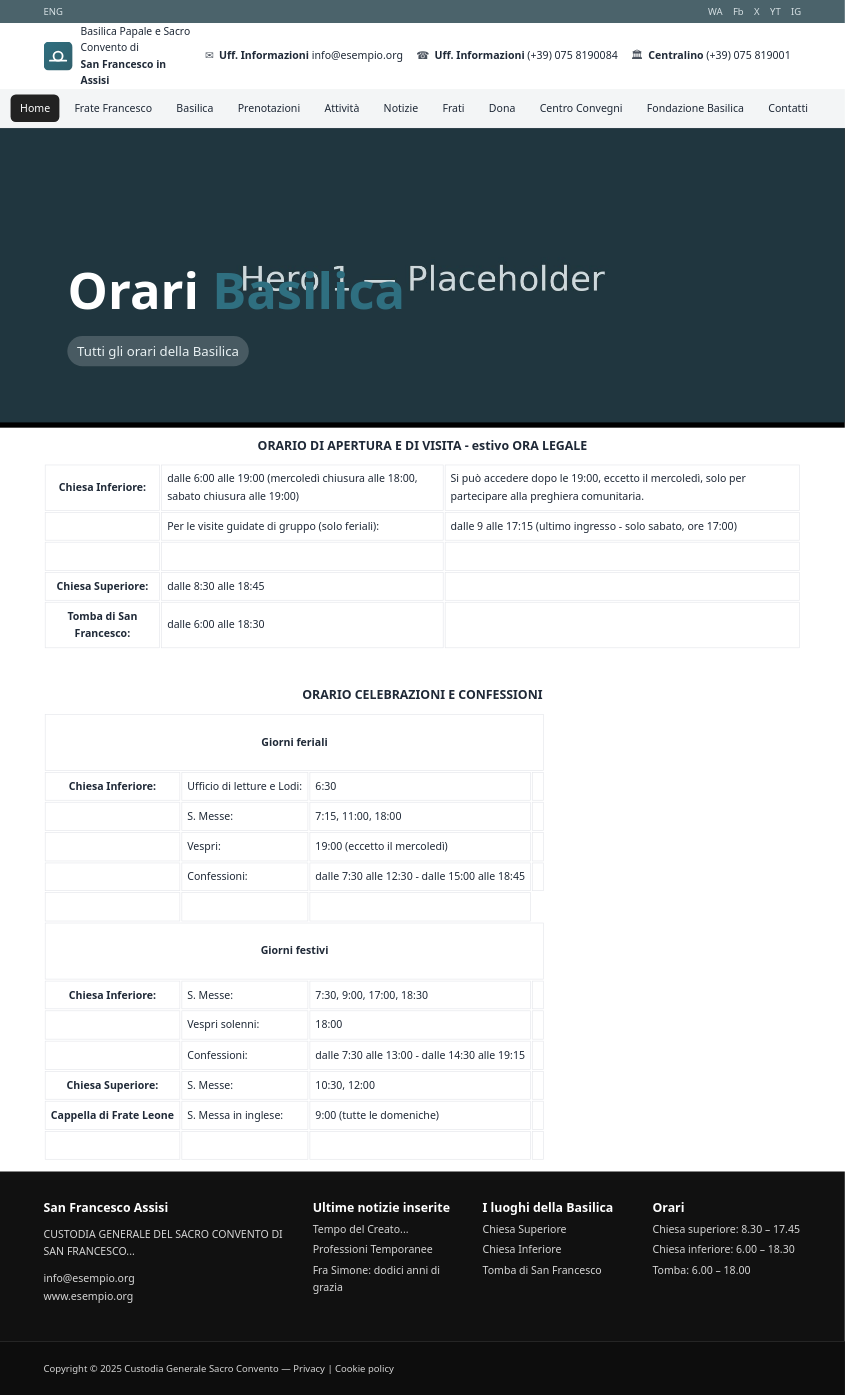
Repository: leacappello/basilica-platform-project
Page: pages/orari.html
These files come from the project's save history. The page is drawn as it stood at one moment and after the next save; the edit follows.
The browser window is 1280 px wide. The pictures show the whole page, at 66% of full size.

Above is the page before, as saved 2025-09-15 11:58:34.
Console error (its wording comes from the project's code and is left out).

After the next save:
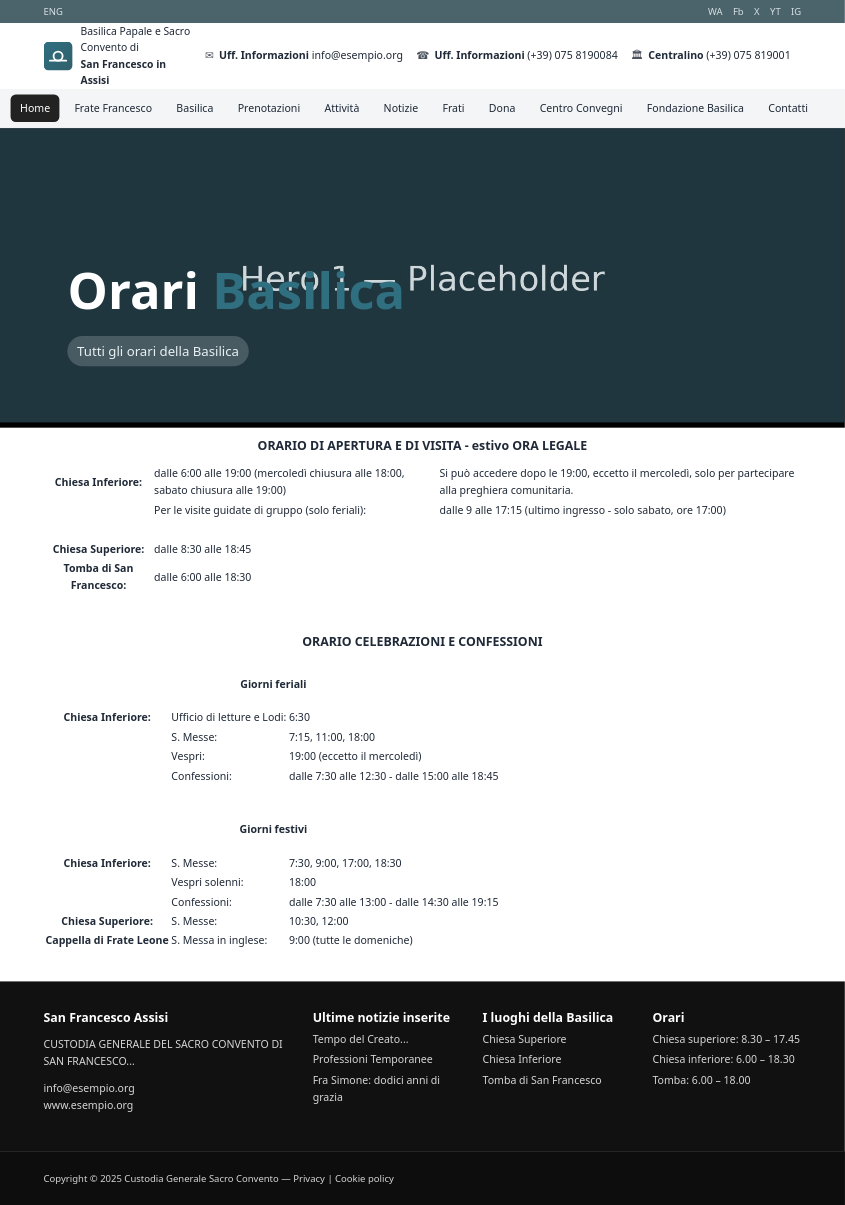
Saved 33 s later.
--- a/assets/styles.css
+++ b/assets/styles.css
@@ -216,6 +216,6 @@ table .orari{
   width:100%;
   border-collapse:collapse
 }
-table th,table td{padding:.5rem;border:1px solid var(--border)}
+table th .orari, table .orari td{padding:.5rem;border:1px solid var(--border)}
 
 /* ============== Tabella Orari ============== */
